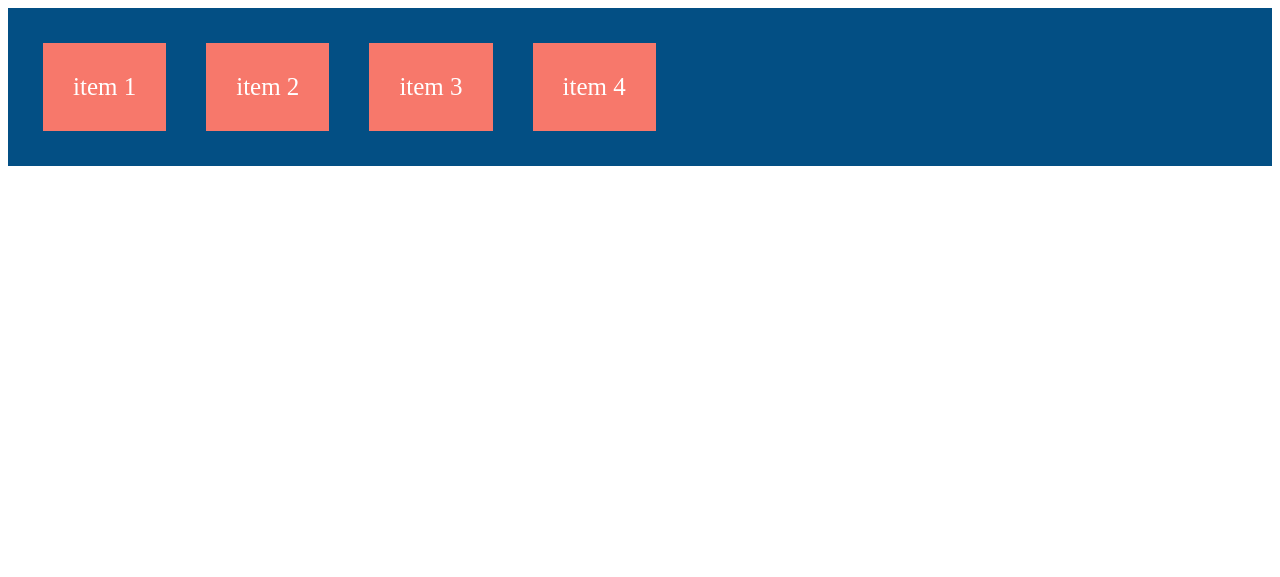
Repository: mehmetbuber38/flex
Page: flex-alignments.html
These files come from the project's save history. The page is drawn as it stood at one moment and after the next save; the edit follows.
The browser window is 1280 px wide. The pictures show the whole page.

Above is the page before, as saved 2022-01-30 19:14:53.

After the next save:
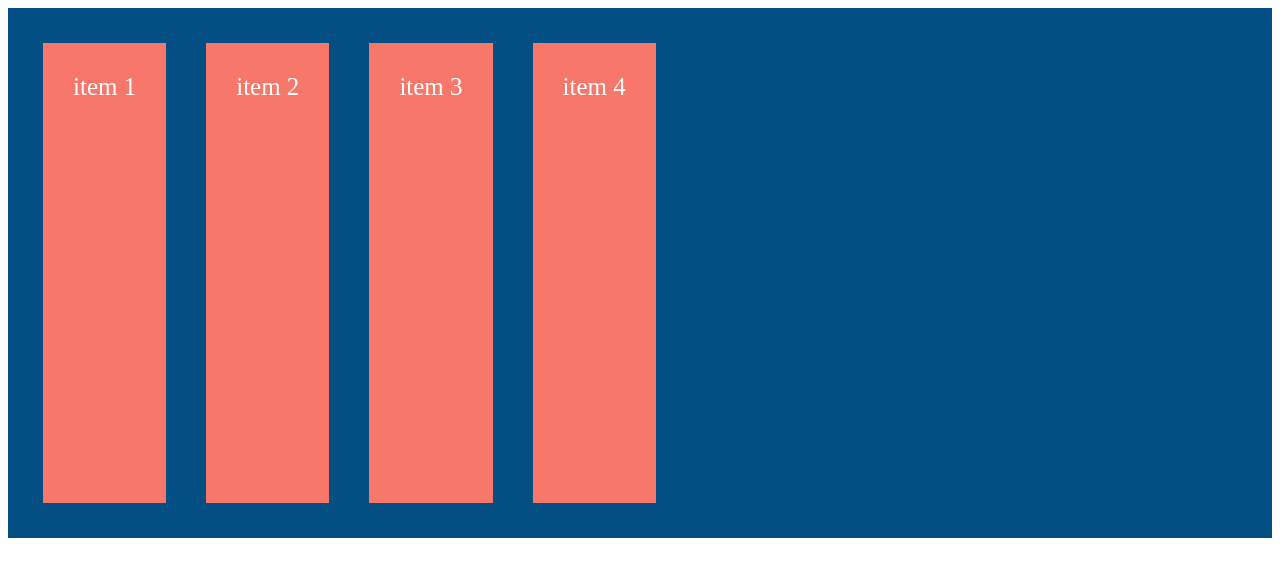
Saved 2 min 49 s later.
--- a/flex-alignments.html
+++ b/flex-alignments.html
@@ -19,6 +19,7 @@
         /* justify-content: space-between; Sağ yada soldan boşluk bırakılmaz elemanlar arası eşit boşluk bırakılır. */
         /* justify-content: space-evenly; Sağ yada soldan ortak birim olarak boşluk bırakılır. */
 
+        height: 500px;
         background-color: #034f84;
         padding: 15px;
     }
